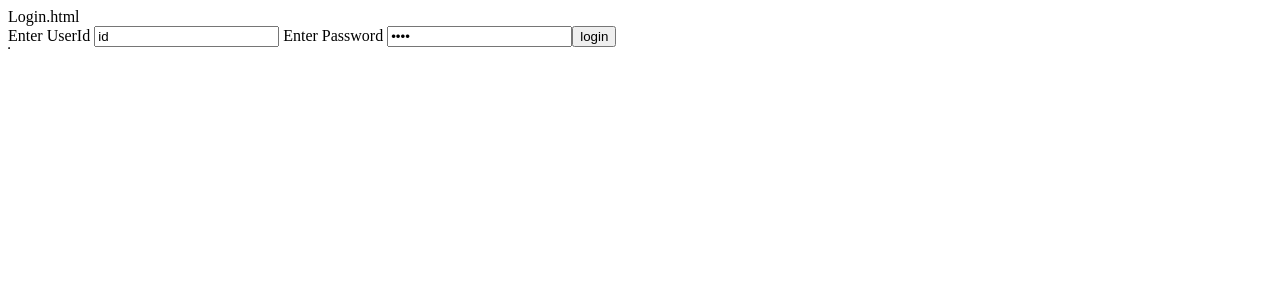
Repository: SravanthiSanaka/programs
Page: Training1/WebContent/Login.html
An editor plug-in stored every save of this project. The page is shown before and after the next save, followed by the edit.
The browser window is 1280 px wide. The pictures show the whole page.

Above is the page before, as saved 2020-03-03 06:01:21.

After the next save:
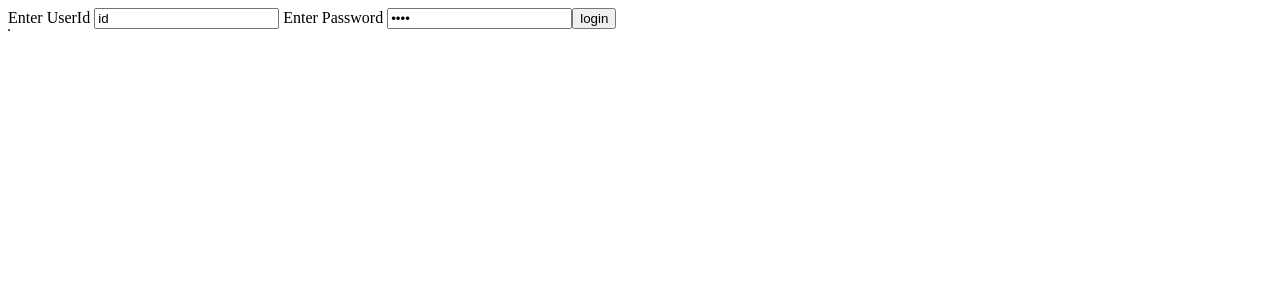
Saved 18 s later.
--- a/Training1/WebContent/Login.html
+++ b/Training1/WebContent/Login.html
@@ -1,6 +1,4 @@
 
-
-Login.html
 <!DOCTYPE html>
 <html>
 <head>
